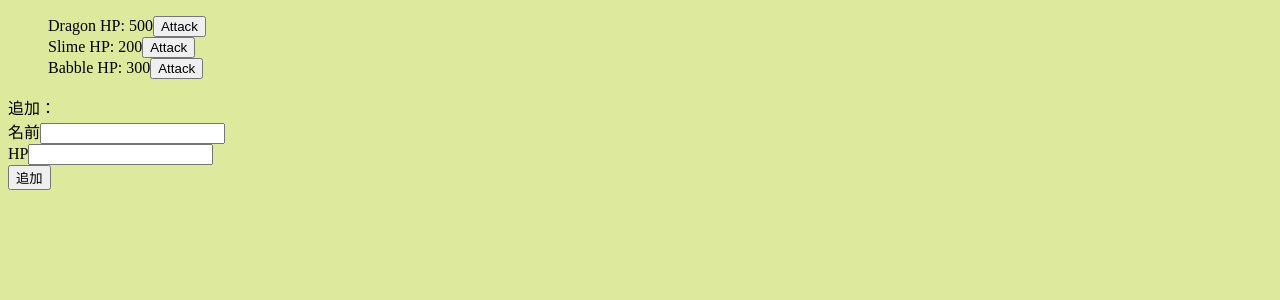
Repository: minoto9/vue_tutorial
Page: sampler/index.html
An editor plug-in stored every save of this project. The page is shown before and after the next save, followed by the edit.
The browser window is 1280 px wide. The pictures show the whole page.

Above is the page before, as saved 2019-07-10 21:10:05.

### sampler/index.html
<!DOCTYPE html>
<html lang="ja">
<head>
    <meta charset="UTF-8">
    <meta name="viewport" content="width=device-width, initial-scale=1.0">
    <meta http-equiv="X-UA-Compatible" content="ie=edge">
    <link rel="stylesheet" href="style.css">
    <script src="https://cdn.jsdelivr.net/npm/vue@2.6.10/dist/vue.js"></script>
    <title>Document</title>
</head>
<body>
    <div id="app">
        <ul>
            <li v-for="item in list" v-bind:key="item.id">{{ item.name }}  HP: {{ item.hp }}<button v-on:click="attack">Attack</button></li>
        </ul>
        <!-- <table>
            <tr v-for="item in list" v-bind:key="item.id">
                <td class="monsterName" v-bind:class="{warn: item.hp <= item.hp / 10}">{{ item.name }}</td>
                <td>HP : {{ item.hp }}</td>
                <td><button v-on:click="attack">Attack</button></td>
            </tr>
        </table> -->
        追加：<br>
        名前<input v-model="name"><br>
        HP<input v-model="hp"><br>
        <button v-on:click="doAdd">追加</button>
    </div>
    <script src="./main.js"></script>
</body>
</html>

### sampler/style.css
html {
    background-color: rgba(177, 204, 22, 0.425)
}

li {
    list-style: none;
}

.monsterName {
    background-color: black;
    color: white;
    font-weight: bold;
}

.warn {
    background-color: red;
}

### sampler/main.js
new Vue({
    el: '#app',
    data: {
        list: [
            {id: 1, name: "Dragon", hp: 500},
            {id: 2, name: "Slime", hp: 200},
            {id: 3, name: "Babble", hp: 300}
        ]
    },
    methods: {
        doAdd: function() {
            var max = this.list.reduce(function(a,b) {
                return a > b.id ? a : b.id
            }, 0)
            this.list.push({
                id: max + 1,
                name: this.name,
                hp: this.hp
            })
        }
    }
})

After the next save:
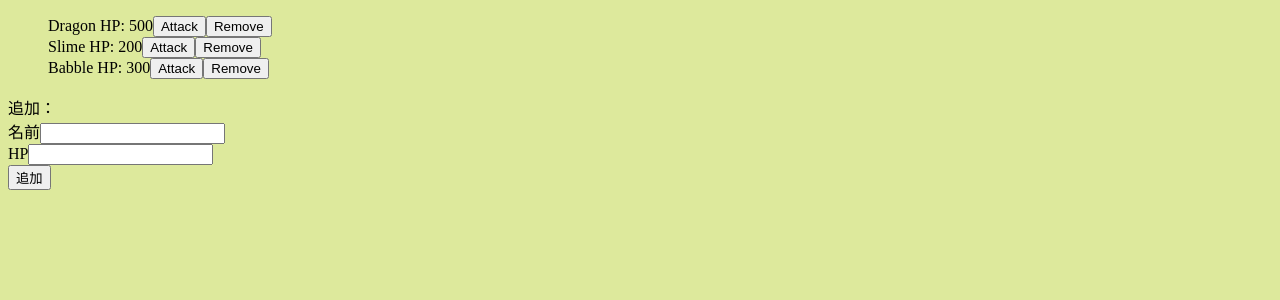
Saved 94 s later.
--- a/sampler/index.html
+++ b/sampler/index.html
@@ -11,7 +11,7 @@
 <body>
     <div id="app">
         <ul>
-            <li v-for="item in list" v-bind:key="item.id">{{ item.name }}  HP: {{ item.hp }}<button v-on:click="attack">Attack</button></li>
+            <li v-for="item in list" v-bind:key="item.id">{{ item.name }}  HP: {{ item.hp }}<button v-on:click="attack">Attack</button><button v-on:click="doRemove">Remove</button></li>
         </ul>
         <!-- <table>
             <tr v-for="item in list" v-bind:key="item.id">
